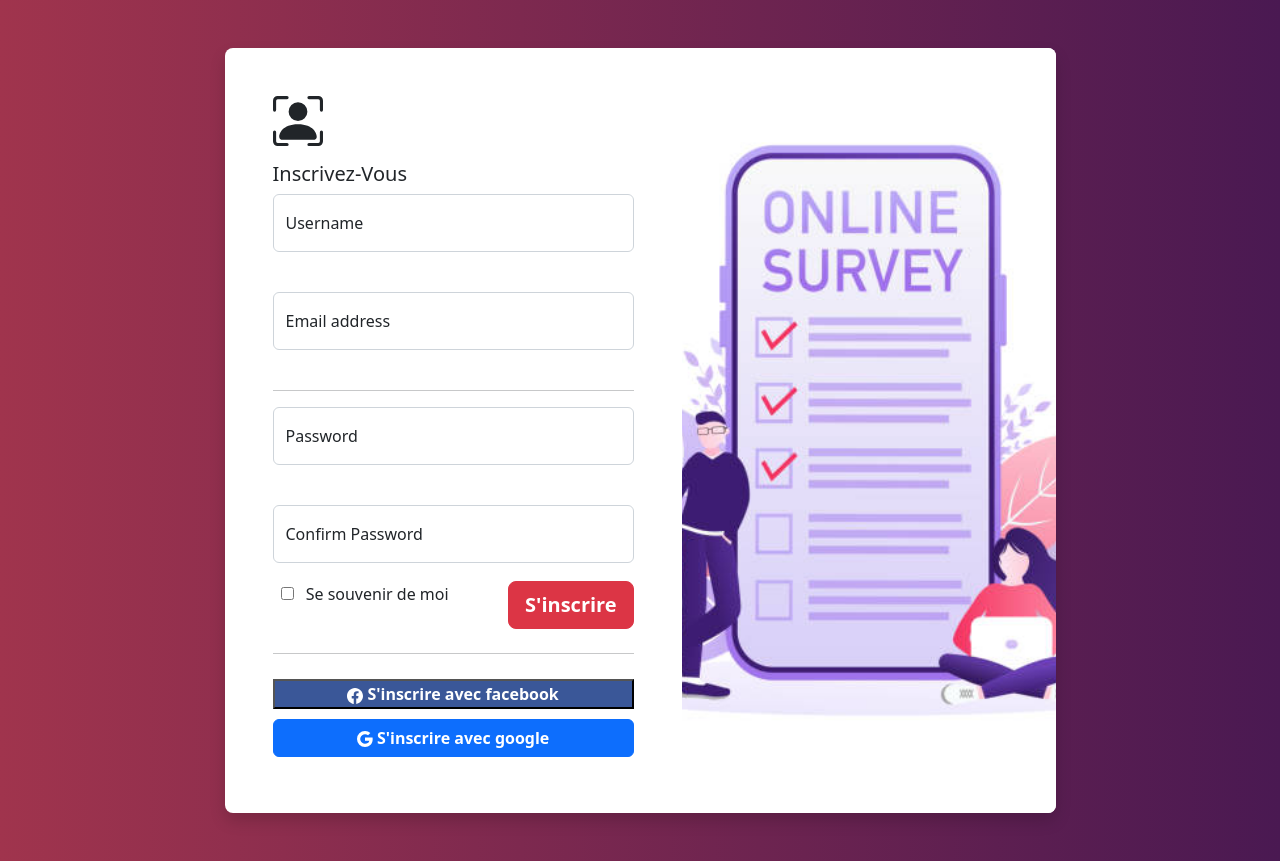
Repository: Djiamil/testsMoustaphaDER
Page: index.html
These files come from the project's save history. The page is drawn as it stood at one moment and after a run of saves; the edit follows.
The browser window is 1280 px wide. The pictures show the whole page.

Above is the page before, as saved 2022-12-09 00:48:40.

After the next 4 saves:
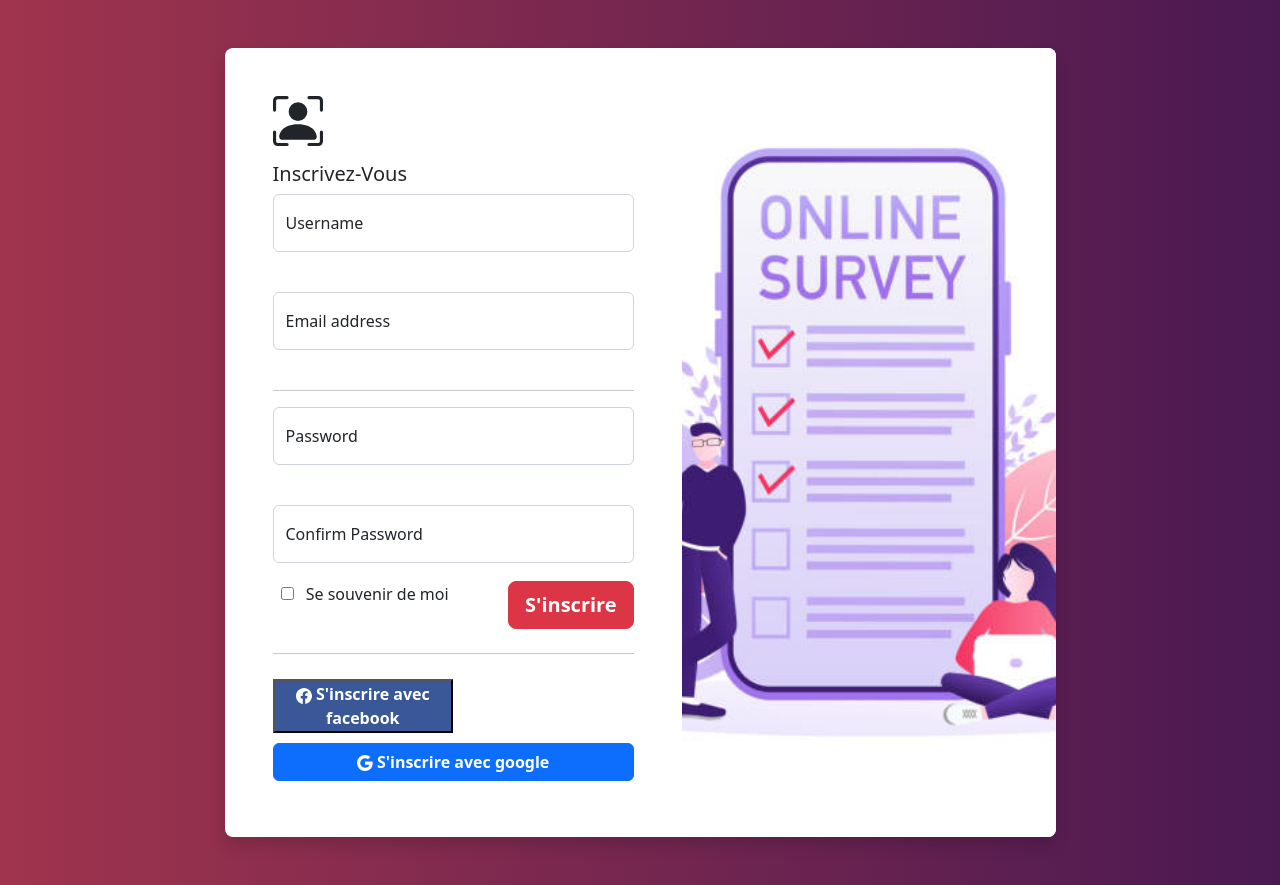
The 4 saves are shown as one change because they came seconds apart.
The last was saved 83 s later.
--- a/index.html
+++ b/index.html
@@ -58,7 +58,7 @@
 
                     <hr class="my-4">
                 </form>
-                    <div class="d-grid mb-2">
+                    <div class="d-grid mb-2 w-50">
                         <button class="btn-facebook btn-login fw-bold ">
                             <svg xmlns="http://www.w3.org/2000/svg" width="16" height="16" fill="currentColor" class="bi bi-facebook" viewBox="0 0 16 16">
                                 <path d="M16 8.049c0-4.446-3.582-8.05-8-8.05C3.58 0-.002 3.603-.002 8.05c0 4.017 2.926 7.347 6.75 7.951v-5.625h-2.03V8.05H6.75V6.275c0-2.017 1.195-3.131 3.022-3.131.876 0 1.791.157 1.791.157v1.98h-1.009c-.993 0-1.303.621-1.303 1.258v1.51h2.218l-.354 2.326H9.25V16c3.824-.604 6.75-3.934 6.75-7.951z"/>
